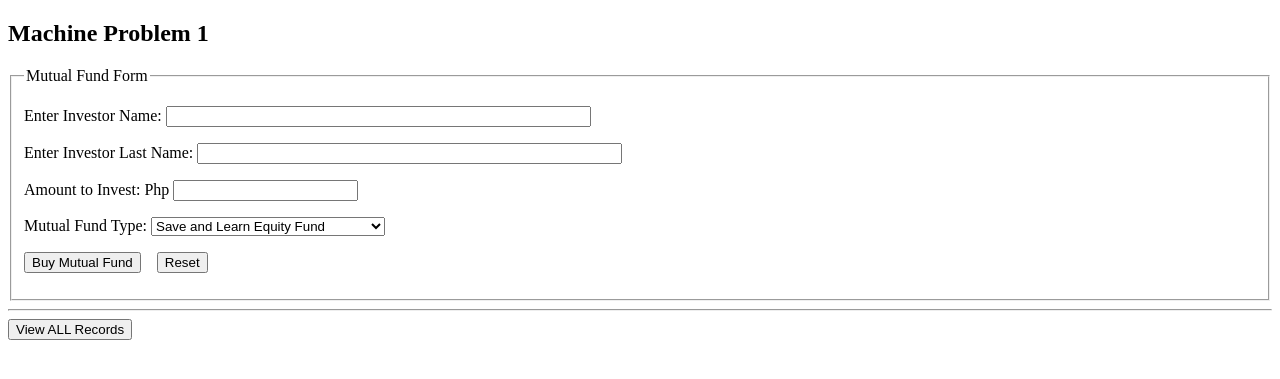
Repository: joshualaxamana/INFOSECWorkspace
Page: http://localhost/MachineProblem1/
An editor plug-in stored every save of this project. The page is shown before and after the next save, followed by the edit.
The browser window is 1280 px wide. The pictures show the whole page.
The page is served by Tomcat 9. Other server files are loaded and not shown.

Above is the page before, as saved 2017-11-18 15:36:51.

### MachineProblem1/web/index.jsp
<%@ page language="java" contentType="text/html; charset=ISO-8859-1"
    pageEncoding="ISO-8859-1"%>
<!DOCTYPE html>
<html>
<head>
<meta http-equiv="Content-Type" content="text/html; charset=ISO-8859-1">
<title>Machine Problem 1</title>
</head>
<body>
	<h2>Machine Problem 1</h2>

	<fieldset>
		<legend>Mutual Fund Form</legend>
		<form action='processmutualfund.action' method='post'>
			<p>Enter Investor Name:
				<input type='text' name='firstName' id='firstName'
					size='50' required="required"/>
			</p>
			<p>Enter Investor Last Name:
				<input type='text' name='lastName' id='lastName'
					size='50' required="required"/>
			</p>
			<p>Amount to Invest: Php
				<input type="number" name='amount' id='amount'
					min="1000" required="required"/>
			</p>
			<p>Mutual Fund Type:
				<select name='type' id='type'>
					<option value="SALEF">Save and Learn Equity Fund</option>
					<option value="SALBF">Save and Learn Balanced Fund</option>
					<option value="SALFIF">Save and Learn Fixed Income Fund</option>
				</select>
			</p>
			<p>
				<input type="submit" value='Buy Mutual Fund'/>&nbsp;&nbsp;&nbsp;
				<input type="reset"/>
			</p>
		</form>
	</fieldset>
	<hr/>
	<form action="listrecords.action">
		<input type="submit" value="View ALL Records">
	</form>
</body>
</html>

After the next save:
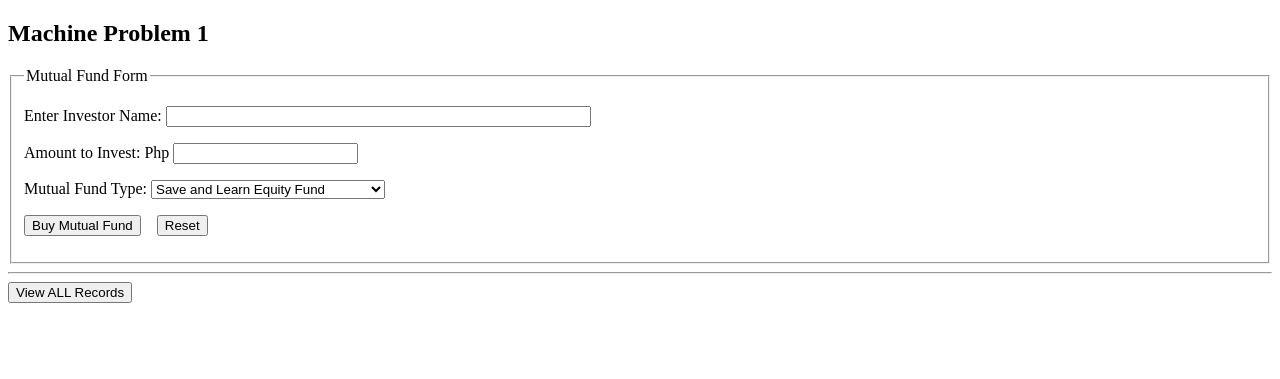
Saved 10 s later.
--- a/MachineProblem1/web/index.jsp
+++ b/MachineProblem1/web/index.jsp
@@ -13,11 +13,7 @@
 		<legend>Mutual Fund Form</legend>
 		<form action='processmutualfund.action' method='post'>
 			<p>Enter Investor Name:
-				<input type='text' name='firstName' id='firstName'
-					size='50' required="required"/>
-			</p>
-			<p>Enter Investor Last Name:
-				<input type='text' name='lastName' id='lastName'
+				<input type='text' name='name' id='name'
 					size='50' required="required"/>
 			</p>
 			<p>Amount to Invest: Php
